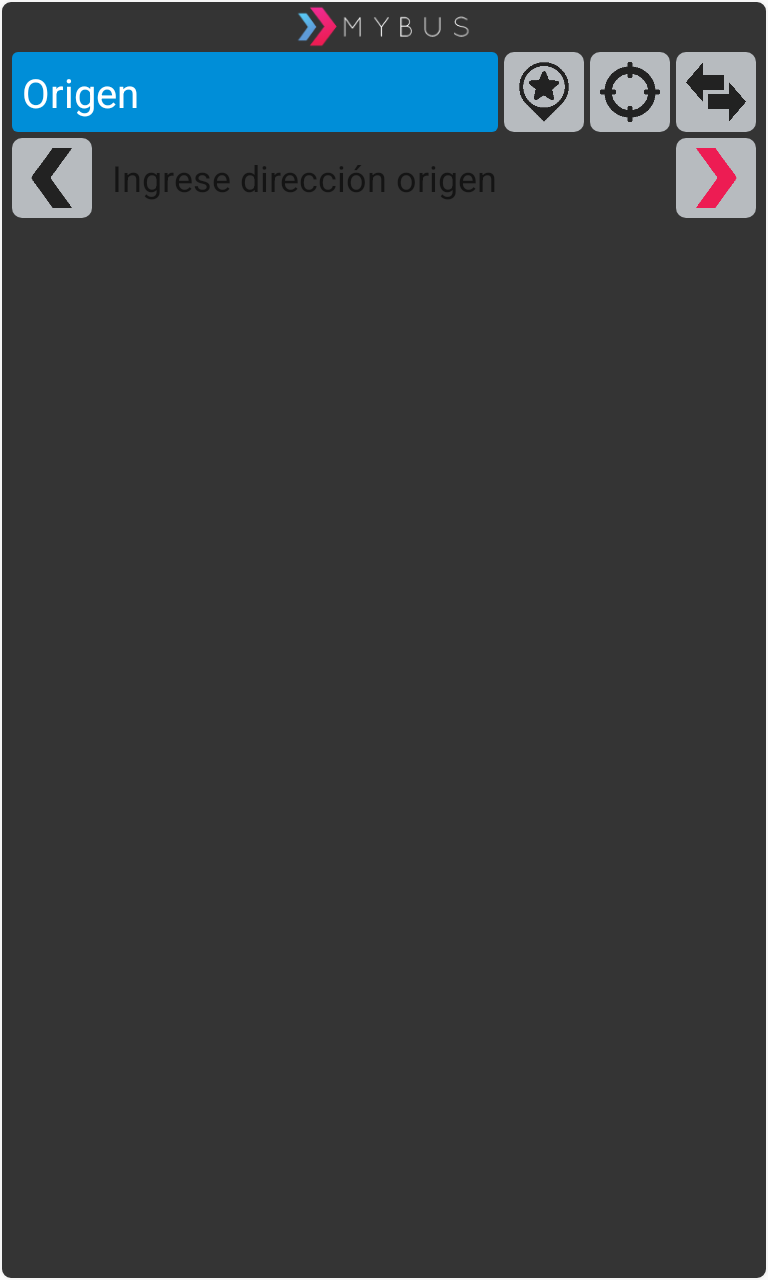
Repository: cooliopas/MyBus
Layout: MyBusAndroid/res/layout/fragment_filters.xml
The author's editor kept a copy of each file at every save. The layout is drawn from the files as they stood at one save, then again after the next save.
It is drawn on a 768 x 1280 px phone screen (xhdpi) without system bars, with theme AppTheme; the app's code is not run. The app's manifest (not shown) leaves right-to-left support off. So textAlignment, textDirection and layoutDirection are ignored, and left and right values win over start and end ones.

Above is the layout before, as saved 2014-09-11 17:11:59.

After the next save:
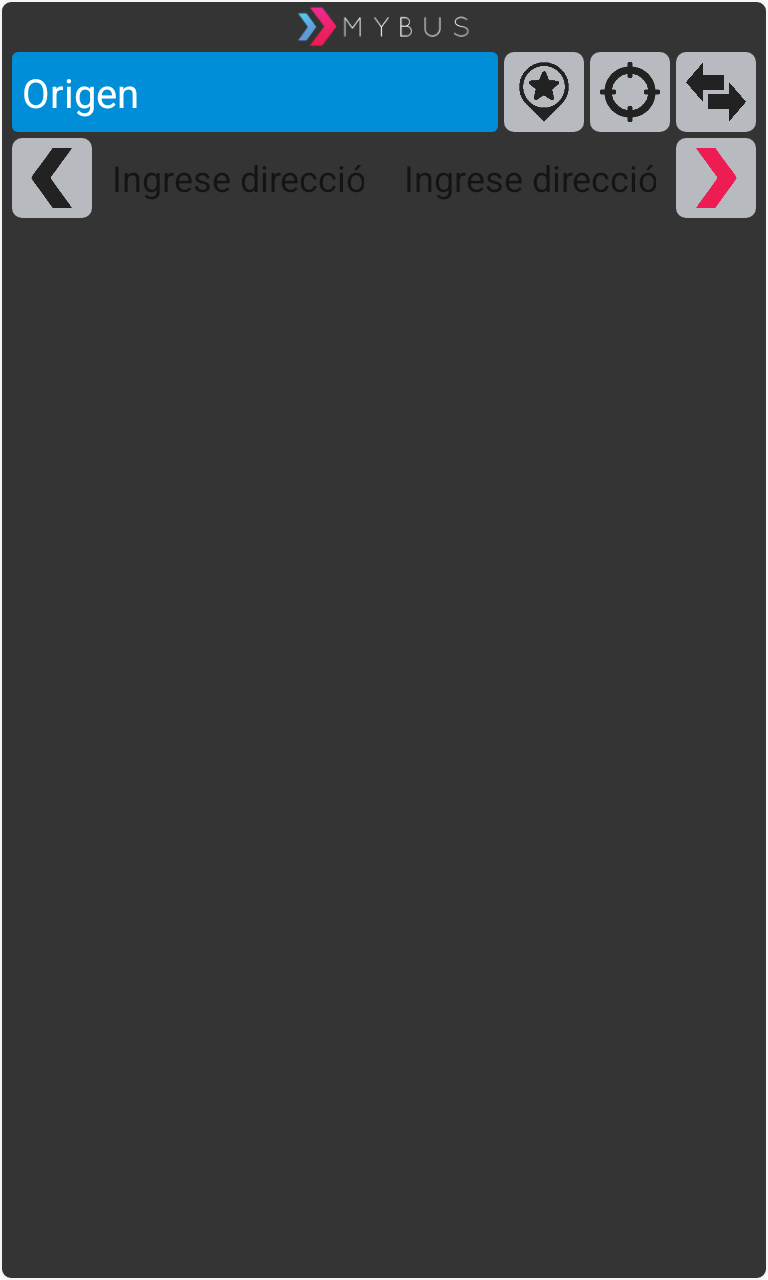
Saved 31 s later.
--- a/MyBusAndroid/res/layout/fragment_filters.xml
+++ b/MyBusAndroid/res/layout/fragment_filters.xml
@@ -138,10 +138,8 @@
                 android:scaleType="fitXY"
                 android:src="@drawable/backhome" />
 
-
-
-            <AutoCompleteTextView
-	         android:id="@+id/et_origin"
+            <EditText
+                android:id="@+id/et_origin"
                 android:layout_width="match_parent"
                 android:layout_height="match_parent"
                 android:layout_marginLeft="10dp"
@@ -152,6 +150,19 @@
                 android:hint="@string/IngreseOrigen"
                 android:inputType="textPersonName"
 
+                android:textColor="@color/white"
+                android:typeface="sans" />
+
+            <AutoCompleteTextView
+	         android:id="@+id/et_origin"
+                android:layout_width="match_parent"
+                android:layout_height="match_parent"
+                android:layout_marginLeft="10dp"
+                android:layout_marginRight="10dp"
+                android:layout_weight="1"
+                android:background="@color/mybus_gray_dark"
+                android:hint="@string/IngreseOrigen"
+                android:inputType="textPersonName"
                 android:textColor="@color/white"
                 android:typeface="sans"
 	         android:ems="8" />

After the save that followed:
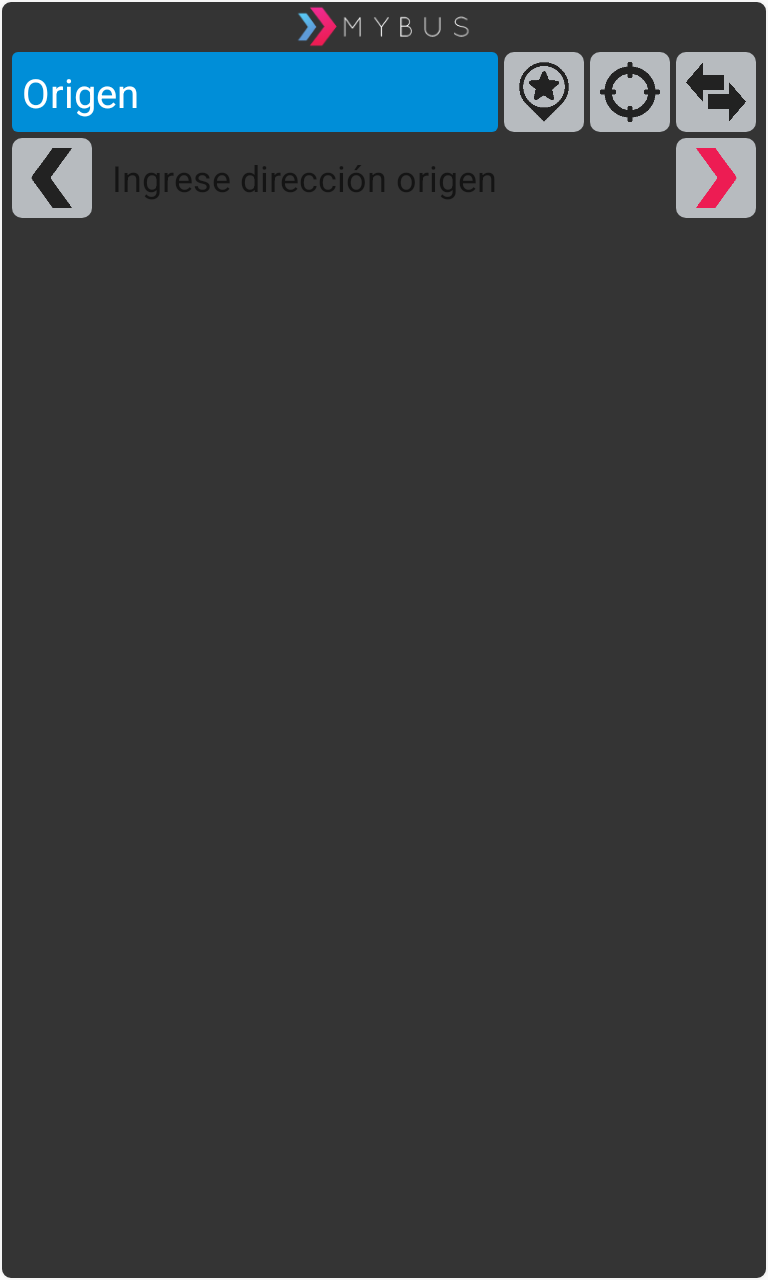
Saved 13 s later.
--- a/MyBusAndroid/res/layout/fragment_filters.xml
+++ b/MyBusAndroid/res/layout/fragment_filters.xml
@@ -138,20 +138,7 @@
                 android:scaleType="fitXY"
                 android:src="@drawable/backhome" />
 
-            <EditText
-                android:id="@+id/et_origin"
-                android:layout_width="match_parent"
-                android:layout_height="match_parent"
-                android:layout_marginLeft="10dp"
-                android:layout_marginRight="10dp"
-                android:layout_weight="1"
-                android:background="@color/mybus_gray_dark"
-                android:ems="10"
-                android:hint="@string/IngreseOrigen"
-                android:inputType="textPersonName"
-
-                android:textColor="@color/white"
-                android:typeface="sans" />
+
 
             <AutoCompleteTextView
 	         android:id="@+id/et_origin"
